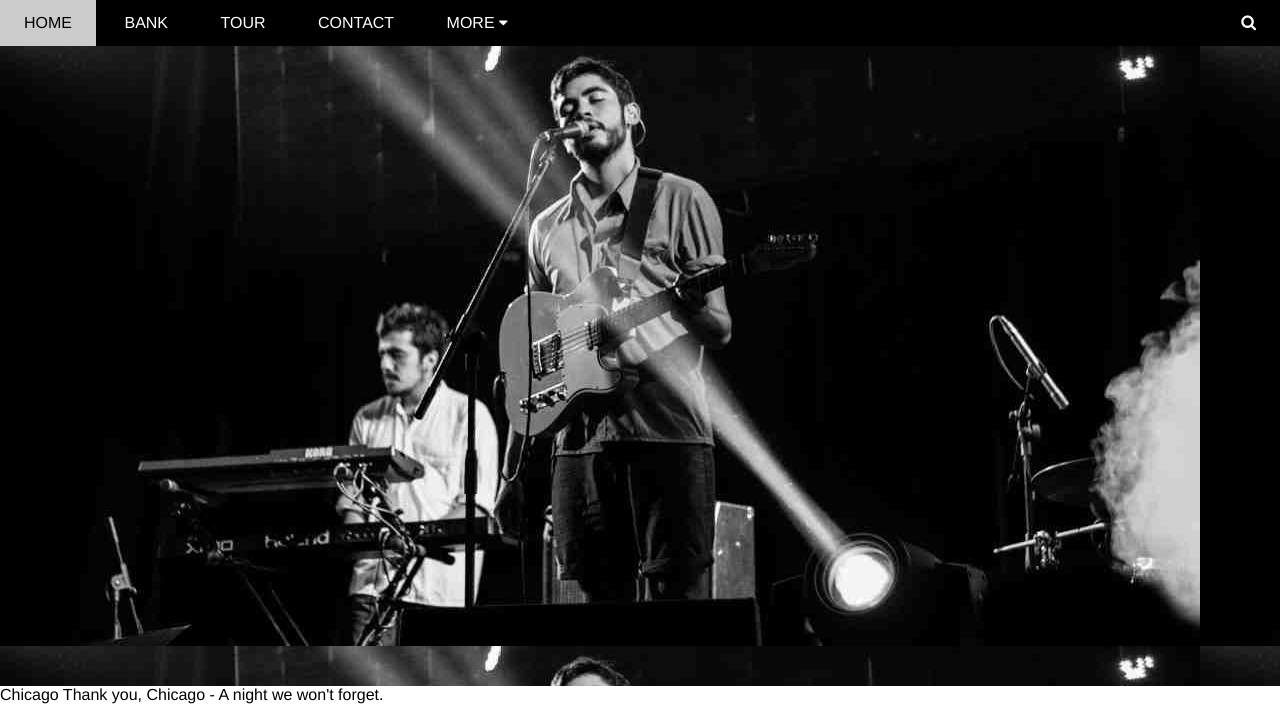
Repository: vuongtm1999/TheBand_W3School
Page: index.html
The author's editor kept a copy of each file at every save. The page is drawn from the files as they stood at one save, then again after the next save.
The browser window is 1280 px wide. The pictures show the whole page.

Above is the page before, as saved 2022-08-25 09:37:11.

### index.html
<!DOCTYPE html>
<html lang="en">
<head>
    <meta charset="UTF-8">
    <meta http-equiv="X-UA-Compatible" content="IE=edge">
    <meta name="viewport" content="width=device-width, initial-scale=1.0">
    <title>Document</title>
    <link rel="stylesheet" href="./assets/css/style.css">
    <link rel="stylesheet" href="https://cdnjs.cloudflare.com/ajax/libs/font-awesome/4.7.0/css/font-awesome.min.css">

</head>
<body>
        <div id="header">
            <!-- begin: nav -->
            <ul id="nav">
                <li><a href="#">Home</a></li>
                <li><a href="#">Bank</a></li>
                <li><a href="#">Tour</a></li>
                <li><a href="#">Contact</a></li>
                <li>
                    <a href="#">More <i style="font-size: 15px;" class="fa fa-caret-down"></i></a>
                    <ul class="subnav">
                        <li><a href="#">Merchandise</a></li>
                        <li><a href="#">Extras</a></li>
                        <li><a href="#">Media</a></li>
                    </ul>
                </li>
            </ul>
            <!-- end: nav -->

            <!-- begin: search button -->
            <div class="search-button">
                <i class="fa fa-search"></i>
            </div>
            <!-- end: search button -->
        </div>

        <div id="slider">
            <div class="text-content">
                Chicago
Thank you, Chicago - A night we won't forget.
            </div>
        </div>

        <div id="container">
            <div id="content">

            </div>

        </div>

        <div id="footer">

        </div>
    </div>
</body>
</html>

### assets/css/style.css
/* reset CSS */
* {
    margin: 0;
    padding: 0;
    box-sizing: border-box;
}

html {
    font-family: Helvetica, Arial, sans-serif;
}

#nav, .subnav{
    list-style-type: none;
}

#nav{
    display: inline-block;
}

/*
Nguyen tac lam viec
1. Vi tri
2. Kich thuoc
3. Mau sac
4. Kieu dang (kieu chu, hinh tron hay hinh vuong,...)
*/

/*
Tu ngoai vao trong
Tu tren xuong duoi
TU tong quan den chi tiet
 */

#main {}

#header {
    position: fixed;
    height: 46px;
    background-color: #000;
    color: #fff;
    top: 0;
    left: 0;
    right: 0;
}

#nav li {
    text-decoration: none;
    line-height: 46px;
}

a{
    text-decoration: none;
}

#nav > li > a {
    /* display: inline-block; */
    padding: 0px 24px;
    color: #ffffff;
    text-transform: uppercase;
}

#nav > li {
    display: inline-block;
}

#nav li:last-child {
    position: relative;
}

#nav .subnav {
    background-color: #fff;
    position: absolute;
    display: none;
    top: 100%;
    left: 0;
    box-shadow:  0px 0px 10px rgba(0, 0, 0, 0.3);
    min-width: 160px;
}

#nav .subnav a{
    color: #000;
    padding: 0px 12px;
    line-height: 30px;
    display: inline-block;
    width: 100%;
}

#nav .subnav li:hover,
#nav > li:hover > a {
    color: #000;
    background-color: #ccc;
    display: block;
}

#nav > li:last-child:hover .subnav{
    display: block;
}

#slider {
    height: 200px;
    /* background-color: rgb(27, 22, 22); */
    margin-top: 46px;
/* padding-top bang 50% chieu rong cua thanh phan do */
    padding-top: 50%;

    background: url("/assets/img/chicago.jpg"), url("https://via.placeholder.com/1200x600")  top center / cover no-repeat;
}

/* search btn */
#header .search-button{
    float: right;
    line-height: 46px;
    padding: 0 24px;
}

#header .search-button:hover{
    background-color: #f44336;
    cursor: pointer;
}




#container {}

#content {}

#footer {}

After the next save:
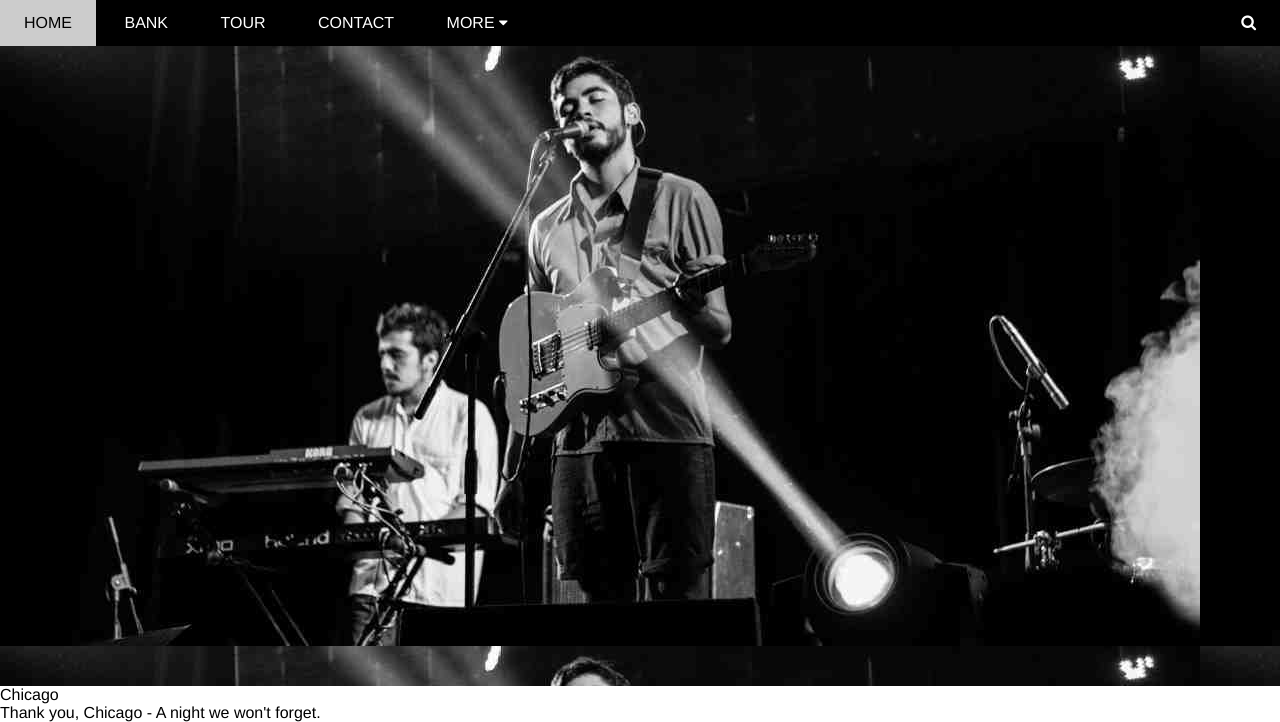
Saved 18 s later.
--- a/index.html
+++ b/index.html
@@ -37,7 +37,7 @@
 
         <div id="slider">
             <div class="text-content">
-                Chicago
+                Chicago <br>
 Thank you, Chicago - A night we won't forget.
             </div>
         </div>
